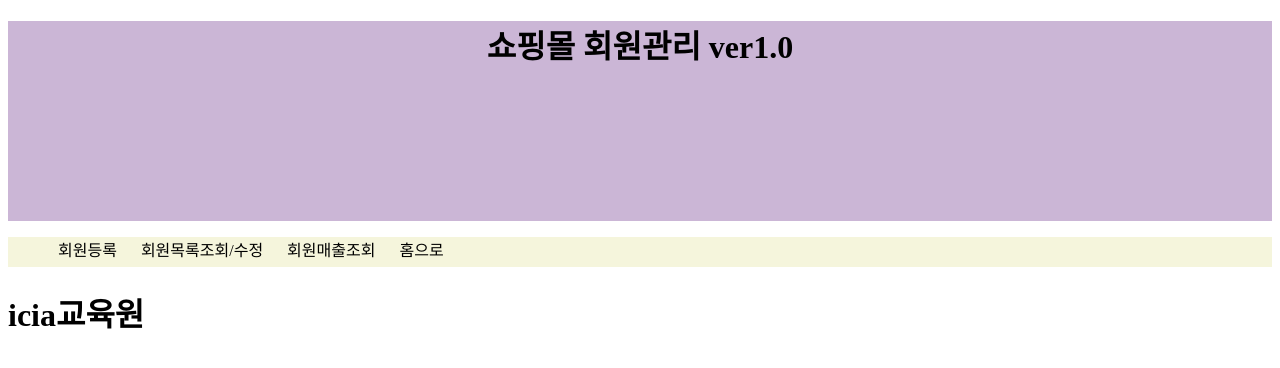
Repository: Kim-seongjun/javastudy2
Page: http://localhost/back_end_test/
The author's editor kept a copy of each file at every save. The page is drawn from the files as they stood at one save, then again after the next save.
The browser window is 1280 px wide. The pictures show the whole page.
The page is served by Tomcat 9. Other server files are loaded and not shown.

Above is the page before, as saved 2020-01-22 01:12:46.

### back_end_test/WebContent/index.jsp
<%@ page language="java" contentType="text/html; charset=UTF-8"
	pageEncoding="UTF-8"%>
<!DOCTYPE html>
<html>
<head>
<meta charset="UTF-8">
<title>Insert title here</title>
<style>
#header{
	background-color: #CBB6D6;
	text-align: center;
	height: 200px;
}
</style>
</head>
<body>
	<header>
		<div id="header">
			<jsp:include page="header.jsp" />
		</div>
	</header>
	<nav>
		<div id="nav">
			<jsp:include page="nav.jsp" />
		</div>
	</nav>
	<footer>
		<div id="footer">
			<jsp:include page="footer.jsp" />
		</div>
	</footer>
</body>
</html>

### back_end_test/WebContent/header.jsp
<%@ page language="java" contentType="text/html; charset=UTF-8"
    pageEncoding="UTF-8"%>
<!DOCTYPE html>
<html>
<head>
<meta charset="UTF-8">
<title>Insert title here</title>
<style>

</style>
</head>
<body>
<h1>쇼핑몰 회원관리 ver1.0</h1>
</body>
</html>

### back_end_test/WebContent/nav.jsp
<%@ page language="java" contentType="text/html; charset=UTF-8"
    pageEncoding="UTF-8"%>
<!DOCTYPE html>
<html>
<head>
<meta charset="UTF-8">
<title>Insert title here</title>

</head>
<style>

 #div_nav{
    background-color: beige;
    height: 30px;
 }

 ul li {
 list-style-type:none;
 display:inline;
 margin :0px 10px;
 }

</style>
<body>
   <div id="div_nav">
      <ul id="list">
         <li><a>회원등록</a></li>
         <li><a>회원목록조회/수정</a></li>
         <li><a>회원매출조회</a></li>
         <li><a>홈으로</a></li>
      </ul>
   </div>
</body>
</html>

### back_end_test/WebContent/footer.jsp
<%@ page language="java" contentType="text/html; charset=UTF-8"
    pageEncoding="UTF-8"%>
<!DOCTYPE html>
<html>
<head>
<meta charset="UTF-8">
<title>Insert title here</title>
</head>
<body>
<h1>icia교육원</h1>
</body>
</html>

After the next save:
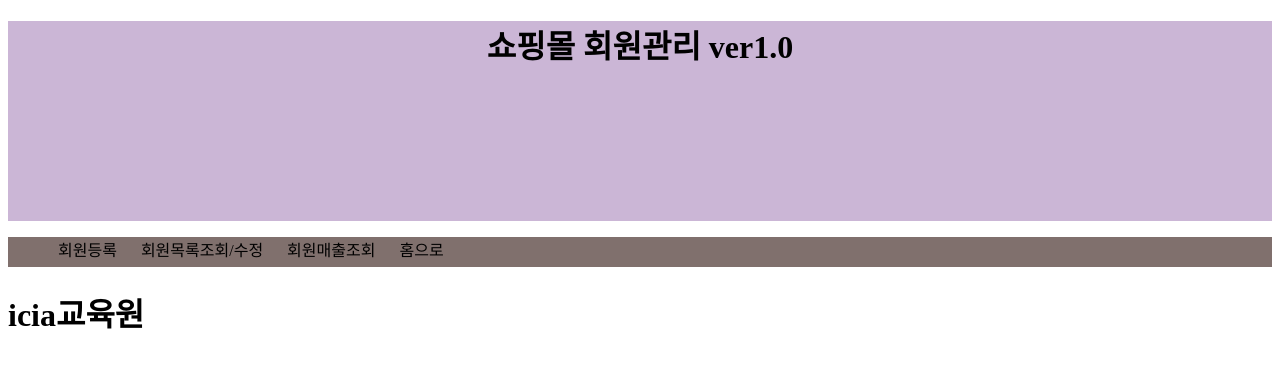
Saved 34 s later.
--- a/back_end_test/WebContent/nav.jsp
+++ b/back_end_test/WebContent/nav.jsp
@@ -10,7 +10,7 @@
 <style>
 
  #div_nav{
-    background-color: beige;
+    background-color: #80706D;
     height: 30px;
  }
 
